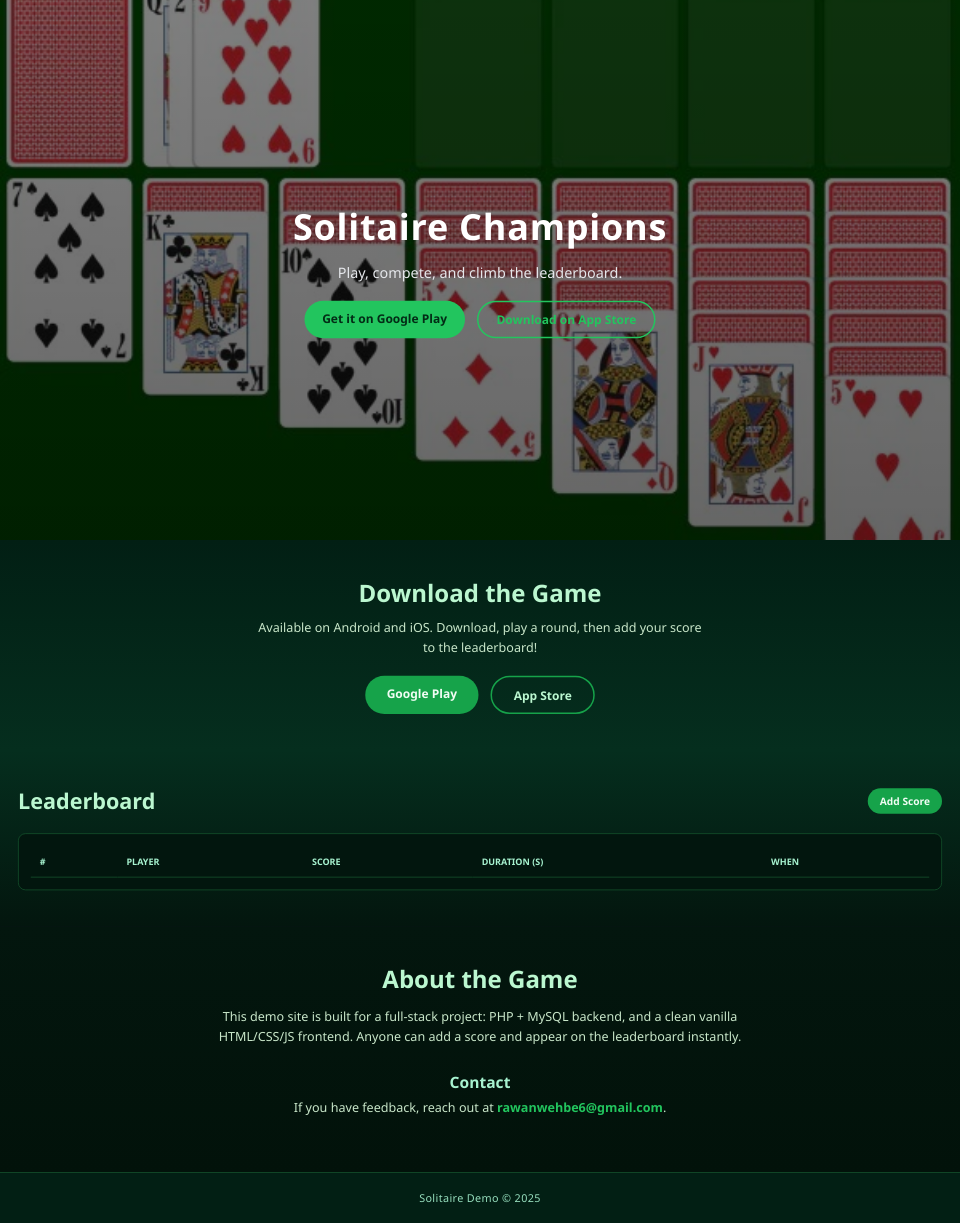
Repository: rawanwehbe6/solitaire-webapp
Page: solitaire-frontend/index.html
The author's editor kept a copy of each file at every save. The page is drawn from the files as they stood at one save, then again after the next save.
The browser window is 1280 px wide. The pictures show the whole page, at 75% of full size.
The page's requests for data from a server got no answer.

Above is the page before, as saved 2025-11-06 16:10:08.

### solitaire-frontend/index.html
<!DOCTYPE html>
<html lang="en">
<head>
  <meta charset="UTF-8">
  <title>Solitaire Leaderboard</title>
  <meta name="viewport" content="width=device-width, initial-scale=1.0">
  <link rel="stylesheet" href="style.css">
</head>
<body>
  <header class="hero">
    <div class="hero-content">
      <h1>Solitaire Champions</h1>
      <p>Play, compete, and climb the leaderboard.</p>
      <div class="hero-buttons">
        <a href="https://play.google.com" target="_blank" class="btn primary">Get it on Google Play</a>
        <a href="https://www.apple.com/app-store/" target="_blank" class="btn secondary">Download on App Store</a>
      </div>
    </div>
  </header>

  <main>
    <section id="download" class="section">
      <h2>Download the Game</h2>
      <p>Available on Android and iOS. Download, play a round, then add your score to the leaderboard!</p>
      <div class="download-links">
        <a href="https://play.google.com" target="_blank" class="btn primary">Google Play</a>
        <a href="https://www.apple.com/app-store/" target="_blank" class="btn secondary">App Store</a>
      </div>
    </section>

    <section id="leaderboard" class="section">
      <div class="section-header">
        <h2>Leaderboard</h2>
        <a href="add-score.html" class="btn small">Add Score</a>
      </div>

      <div class="table-wrapper">
        <table>
          <thead>
          <tr>
            <th>#</th>
            <th>Player</th>
            <th>Score</th>
            <th>Duration (s)</th>
            <th>When</th>
          </tr>
          </thead>
          <tbody id="leaderboard-body">
          </tbody>
        </table>
      </div>
    </section>

    <section id="about" class="section">
      <h2>About the Game</h2>
      <p>
        This demo site is built for a full-stack project: PHP + MySQL backend, and a clean vanilla HTML/CSS/JS frontend.
        Anyone can add a score and appear on the leaderboard instantly.
      </p>

      <h3>Contact</h3>
      <p>If you have feedback, reach out at <a href="mailto:rawanwehbe6@gmail.com">rawanwehbe6@gmail.com</a>.</p>
    </section>
  </main>

  <footer class="footer">
    <p>Solitaire Demo &copy; 2025</p>
  </footer>
  <script src="axios.min.js"></script>
  <script src="script.js"></script>

</body>
</html>

### solitaire-frontend/style.css

* {
  box-sizing: border-box;
  margin: 0;
  padding: 0;
}

body {
  font-family: "Segoe UI", system-ui, sans-serif;
  color: #fff;
  background: #0b0f1a;
}


.hero {
  height: 100vh;
  display: flex;
  align-items: center;
  justify-content: center;
  text-align: center;
  color: #fff;
  position: relative;


  background:
    linear-gradient(rgba(0, 0, 0, 0.5), rgba(0, 0, 0, 0.6)),
    url("images/solitare-img.webp") center/cover no-repeat;
}


.hero-content {
  max-width: 700px;
  padding: 1.5rem;
}

.hero h1 {
  font-size: 3rem;
  margin-bottom: 1rem;
  letter-spacing: 1px;
}

.hero p {
  font-size: 1.2rem;
  margin-bottom: 1.5rem;
  color: #e5e7eb;
}


.hero-buttons {
  display: flex;
  justify-content: center;
  gap: 1rem;
  flex-wrap: wrap;
}

.btn {
  text-decoration: none;
  padding: 0.75rem 1.5rem;
  border-radius: 999px;
  font-weight: 600;
  transition: 0.3s ease;
}

.btn.primary {
  background: #22c55e;
  color: #032c16;
}

.btn.secondary {
  border: 2px solid #22c55e;
  color: #22c55e;
}

.btn:hover {
  transform: translateY(-3px);
  opacity: 0.9;
}


@media (max-width: 600px) {
  .hero h1 {
    font-size: 2rem;
  }
  .hero p {
    font-size: 1rem;
  }
}

#download {
  text-align: center;
  background: linear-gradient(180deg, #021f14 0%, #052e1e 100%);
  padding: 3rem 1.5rem;
  color: #e8f5e9;
}

#download h2 {
  font-size: 2rem;
  margin-bottom: 0.75rem;
  color: #bbf7d0;
}

#download p {
  color: #c8e6c9;
  font-size: 1.05rem;
  max-width: 600px;
  margin: 0 auto 1.5rem auto;
  line-height: 1.6;
}

#download .download-links {
  display: flex;
  justify-content: center;
  gap: 1rem;
  flex-wrap: wrap;
}

#download .btn {
  padding: 0.8rem 1.8rem;
  font-size: 1rem;
  border-radius: 999px;
  transition: 0.3s ease;
}

#download .btn.primary {
  background: #16a34a;
  color: #f0fdf4;
}

#download .btn.secondary {
  border: 2px solid #16a34a;
  color: #bbf7d0;
  background: transparent;
}

#download .btn:hover {
  transform: translateY(-3px);
  opacity: 0.9;
}


#leaderboard {
  padding: 3rem 1.5rem;
  background: linear-gradient(180deg, #052e1e 0%, #03160e 100%);
  color: #e8f5e9;
}

#leaderboard .section-header {
  display: flex;
  justify-content: space-between;
  align-items: center;
  margin-bottom: 1.5rem;
  flex-wrap: wrap;
}

#leaderboard h2 {
  font-size: 1.8rem;
  color: #bbf7d0;
}

#leaderboard .btn.small {
  background: #16a34a;
  color: #f0fdf4;
  font-size: 0.85rem;
  padding: 0.45rem 1rem;
  border-radius: 999px;
  transition: 0.3s ease;
}

#leaderboard .btn.small:hover {
  transform: translateY(-2px);
  opacity: 0.9;
}


.table-wrapper {
  overflow-x: auto;
  background: rgba(3, 22, 14, 0.9);
  border-radius: 10px;
  padding: 1rem;
  border: 1px solid #14532d;
}

table {
  width: 100%;
  border-collapse: collapse;
  color: #f0fdf4;
}

th, td {
  padding: 0.75rem;
  text-align: left;
}

th {
  text-transform: uppercase;
  font-size: 0.75rem;
  color: #a7f3d0;
  border-bottom: 1px solid #14532d;
}

tbody tr:nth-child(even) {
  background: rgba(22, 163, 74, 0.08);
}

tbody tr:hover {
  background: rgba(22, 163, 74, 0.15);
  transition: 0.2s ease;
}

#leaderboard-empty {
  text-align: center;
  margin-top: 1rem;
  color: #9ae6b4;
}


@media (max-width: 600px) {
  #download h2,
  #leaderboard h2 {
    font-size: 1.5rem;
  }

  #download p {
    font-size: 0.95rem;
  }
}
/* ---------- About Section ---------- */
#about {
  padding: 3rem 1.5rem;
  background: linear-gradient(180deg, #03160e 0%, #02120a 100%);
  color: #e8f5e9;
  text-align: center;
}

#about h2 {
  font-size: 2rem;
  margin-bottom: 1rem;
  color: #bbf7d0;
}

#about p {
  color: #c8e6c9;
  font-size: 1.05rem;
  line-height: 1.6;
  max-width: 700px;
  margin: 0.5rem auto 1.5rem auto;
}

#about h3 {
  font-size: 1.3rem;
  margin-top: 2rem;
  color: #a7f3d0;
}

#about a {
  color: #22c55e;
  text-decoration: none;
  font-weight: 600;
  transition: color 0.3s ease;
}

#about a:hover {
  color: #86efac;
}


.footer {
  background: #021f14;
  color: #a7f3d0;
  text-align: center;
  padding: 1.5rem;
  border-top: 1px solid #14532d;
  font-size: 0.9rem;
}

.footer p {
  opacity: 0.9;
  letter-spacing: 0.5px;
}
/* ---------- Add Score Page ---------- */
.add-score-page {
  min-height: 100vh;
  background: linear-gradient(180deg, #021f14 0%, #052e1e 100%);
  display: flex;
  flex-direction: column;
  align-items: center;
  justify-content: center;
  padding: 2rem 1rem;
  color: #e8f5e9;
}

.add-score-page h1 {
  font-size: 2.2rem;
  margin-bottom: 0.5rem;
  color: #bbf7d0;
  text-align: center;
}

.add-score-page p {
  font-size: 1.05rem;
  color: #c8e6c9;
  text-align: center;
  margin-bottom: 1.5rem;
  max-width: 500px;
  line-height: 1.6;
}

/* Form card */
#add-score-form {
  background: rgba(3, 22, 14, 0.9);
  padding: 2rem;
  border-radius: 12px;
  border: 1px solid #14532d;
  box-shadow: 0 0 15px rgba(22, 163, 74, 0.1);
  max-width: 400px;
  width: 100%;
  text-align: left;
}

#add-score-form label {
  display: block;
  font-weight: 600;
  color: #bbf7d0;
  margin-bottom: 0.4rem;
}

#add-score-form input[type="text"] {
  width: 100%;
  padding: 0.7rem 1rem;
  border-radius: 8px;
  border: 1px solid #14532d;
  background: #02120a;
  color: #e8f5e9;
  font-size: 1rem;
  margin-bottom: 1rem;
  transition: border-color 0.3s ease;
}

#add-score-form input[type="text"]:focus {
  outline: none;
  border-color: #16a34a;
  box-shadow: 0 0 5px rgba(22, 163, 74, 0.4);
}

#add-score-form button {
  width: 100%;
  background: #16a34a;
  color: #f0fdf4;
  border: none;
  border-radius: 999px;
  padding: 0.75rem;
  font-size: 1rem;
  font-weight: 600;
  cursor: pointer;
  transition: background 0.3s ease, transform 0.2s ease;
}

#add-score-form button:hover {
  background: #22c55e;
  transform: translateY(-2px);
}

#add-score-message {
  text-align: center;
  margin-top: 1rem;
  color: #a7f3d0;
}


.add-score-page .link {
  color: #22c55e;
  text-decoration: none;
  margin-top: 1.5rem;
  display: inline-block;
  font-weight: 600;
  transition: color 0.3s ease;
}

.add-score-page .link:hover {
  color: #86efac;
}

@media (max-width: 600px) {
  #add-score-form {
    padding: 1.5rem;
  }
  .add-score-page h1 {
    font-size: 1.8rem;
  }
  .add-score-page p {
    font-size: 0.95rem;
  }
}

### solitaire-frontend/script.js

const BACKEND_BASE_URL = '../solitaire-backend';

function loadLeaderboard() {
  const tbody = document.getElementById('leaderboard-body');
  const emptyMsg = document.getElementById('leaderboard-empty');
  if (!tbody) return;

  axios.get(`${BACKEND_BASE_URL}/get-leaderboard.php`)
    .then(response => {
      if (!response.data.success) {
        console.error(response.data.error || 'Unknown error');
        return;
      }

      const rows = response.data.data || [];
      tbody.innerHTML = '';

      if (rows.length === 0) {
        emptyMsg && emptyMsg.classList.remove('hidden');
        return;
      } else {
        emptyMsg && emptyMsg.classList.add('hidden');
      }

      rows.forEach((row, index) => {
        const tr = document.createElement('tr');

        const createdAt = row.created_at ? new Date(row.created_at) : null;
        const whenText = createdAt ? createdAt.toLocaleString() : '';

        tr.innerHTML = `
          <td>${index + 1}</td>
          <td>${row.player_name}</td>
          <td>${row.score}</td>
          <td>${row.duration_seconds}</td>
          <td>${whenText}</td>
        `;

        tbody.appendChild(tr);
      });
    })
    .catch(err => {
      console.error('Failed to load leaderboard', err);
    });
}

function setupAddScoreForm() {
  const form = document.getElementById('add-score-form');
  const nameInput = document.getElementById('player-name');
  const messageEl = document.getElementById('add-score-message');

  if (!form) return;

  form.addEventListener('submit', function (e) {
    e.preventDefault();

    const name = nameInput.value.trim();
    if (!name) {
      messageEl.textContent = 'Please enter a name.';
      return;
    }

    messageEl.textContent = 'Submitting...';

    axios.post(`${BACKEND_BASE_URL}/add-score.php`, { name })
      .then(response => {
        if (!response.data.success) {
          messageEl.textContent = response.data.error || 'Something went wrong.';
          return;
        }

        messageEl.textContent = 'Score added! Redirecting to leaderboard...';


        setTimeout(() => {
          window.location.href = 'index.html';
        }, 1000);
      })
      .catch(err => {
        console.error('Failed to add score', err);
        messageEl.textContent = 'Network error. Please try again.';
      });
  });
}

document.addEventListener('DOMContentLoaded', () => {
  loadLeaderboard();
  setupAddScoreForm();
});

Loaded but not shown: solitaire-frontend/axios.min.js (library)

After the next save:
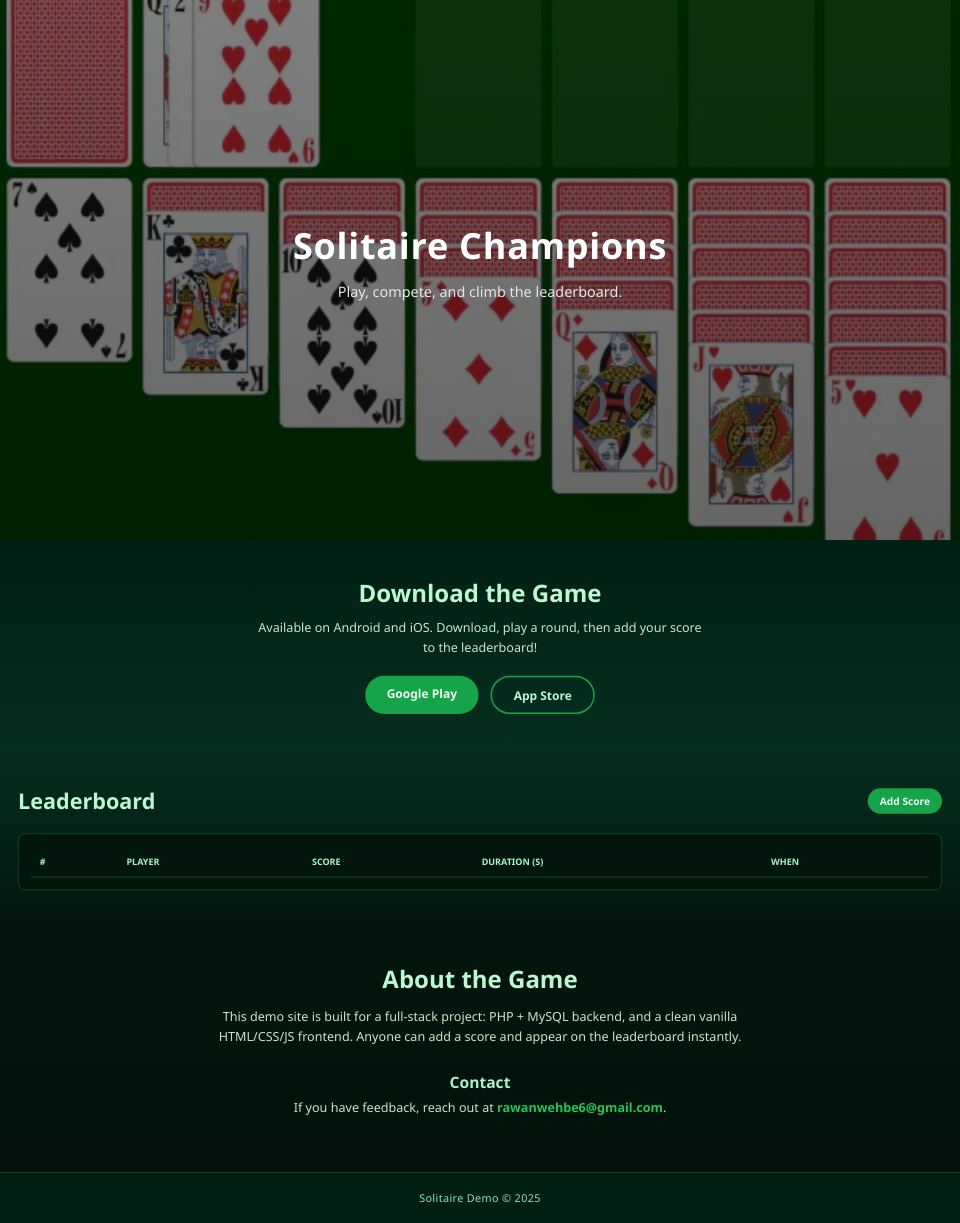
Saved 14 s later.
--- a/solitaire-frontend/index.html
+++ b/solitaire-frontend/index.html
@@ -11,10 +11,6 @@
     <div class="hero-content">
       <h1>Solitaire Champions</h1>
       <p>Play, compete, and climb the leaderboard.</p>
-      <div class="hero-buttons">
-        <a href="https://play.google.com" target="_blank" class="btn primary">Get it on Google Play</a>
-        <a href="https://www.apple.com/app-store/" target="_blank" class="btn secondary">Download on App Store</a>
-      </div>
     </div>
   </header>
 
